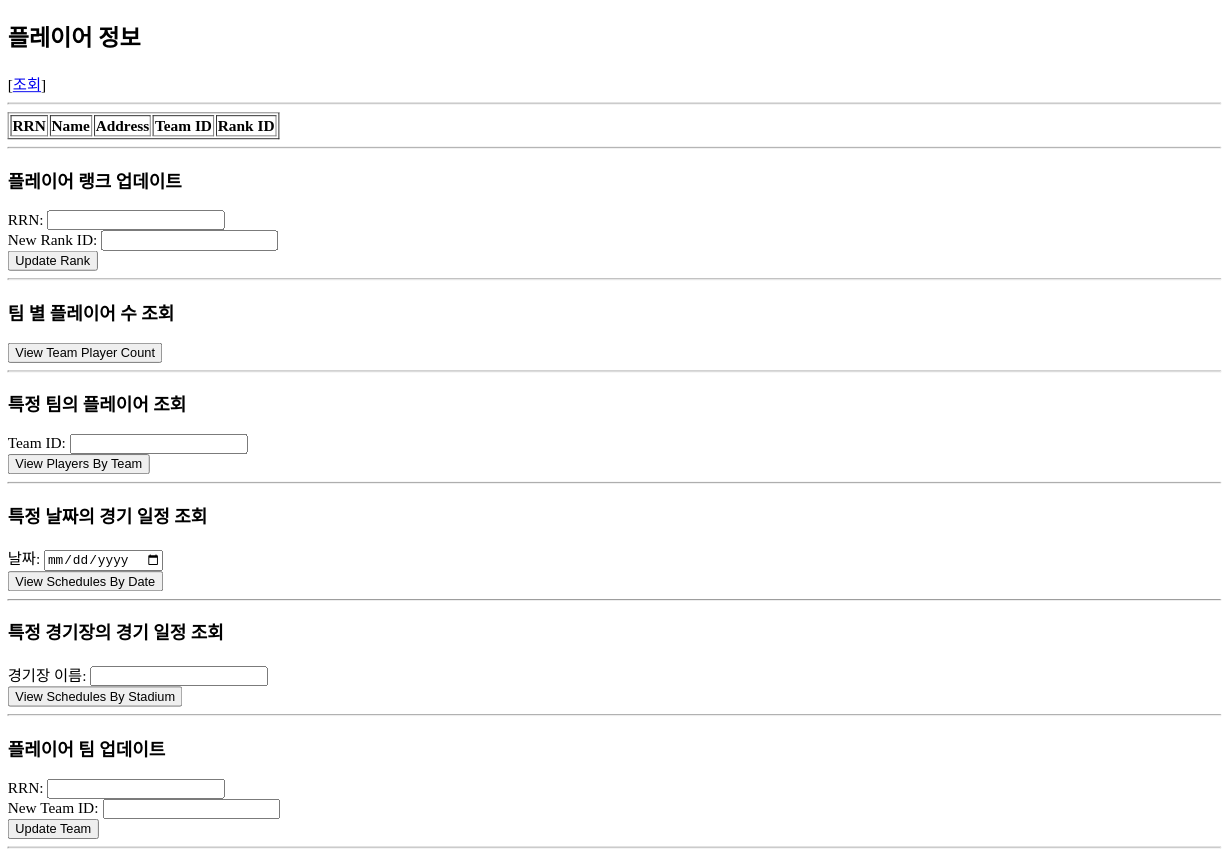
Repository: HappiKing/KNU_Database_ORACLE
Page: http://localhost/gg/playerControl?action=list
The author's editor kept a copy of each file at every save. The page is drawn from the files as they stood at one save, then again after the next save.
The browser window is 1280 px wide. The pictures show the whole page, at 96% of full size.
The page is served by Tomcat 9. Queries for data that is not in the repository find no rows.

Above is the page before, as saved 2024-06-17 17:22:42.

After the next save:
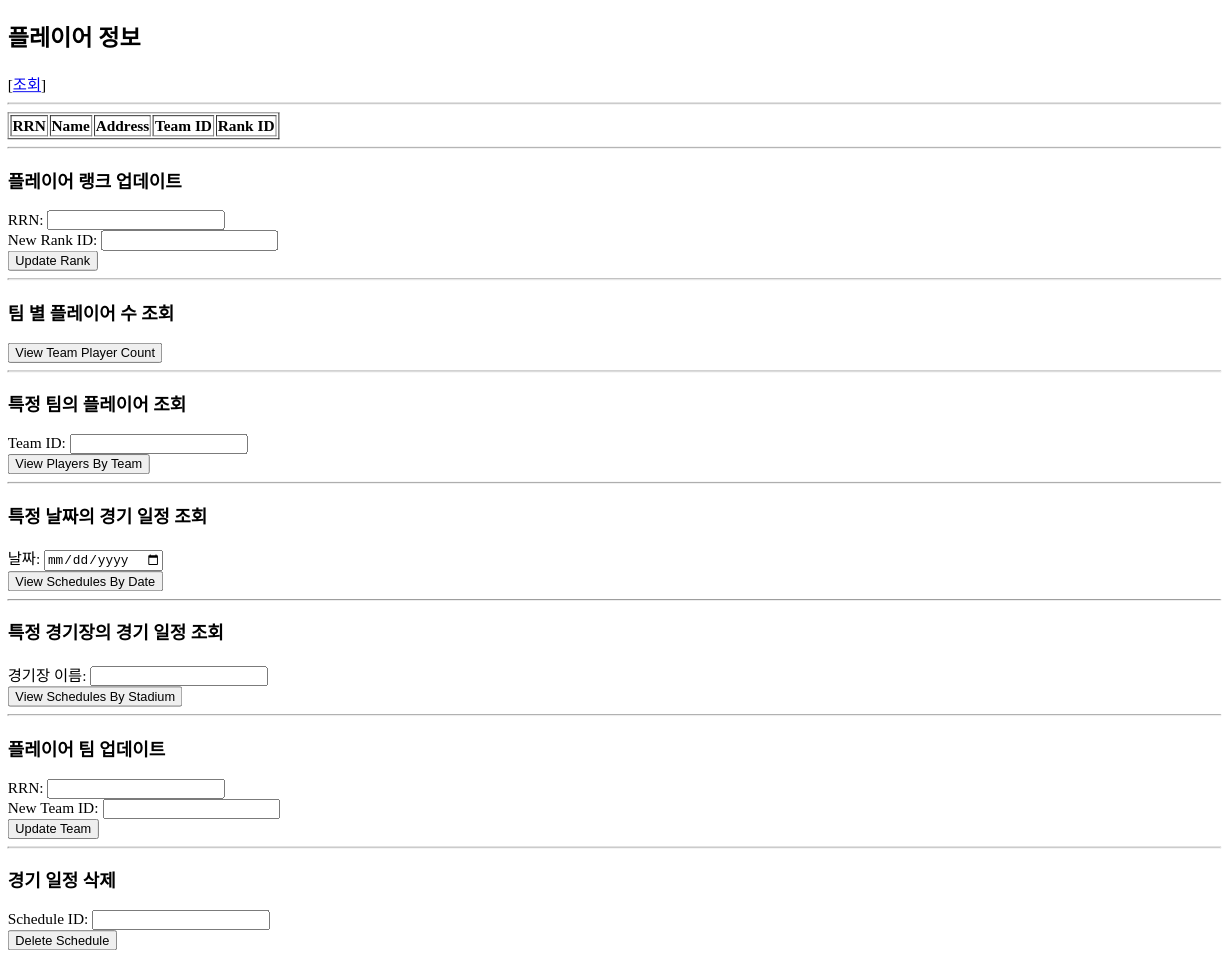
Saved 57 s later.
--- a/DB_futsal/test/gg/src/main/webapp/futsal/playerInfo.jsp
+++ b/DB_futsal/test/gg/src/main/webapp/futsal/playerInfo.jsp
@@ -80,6 +80,13 @@
   </form>
   <hr>
 
+  <h3>경기 일정 삭제</h3>
+  <form action="/gg/playerControl" method="post">
+    <input type="hidden" name="action" value="deleteSchedule">
+    Schedule ID: <input type="text" name="scheduleId" required><br>
+    <input type="submit" value="Delete Schedule">
+  </form>
+
 
 </body>
 </html>
